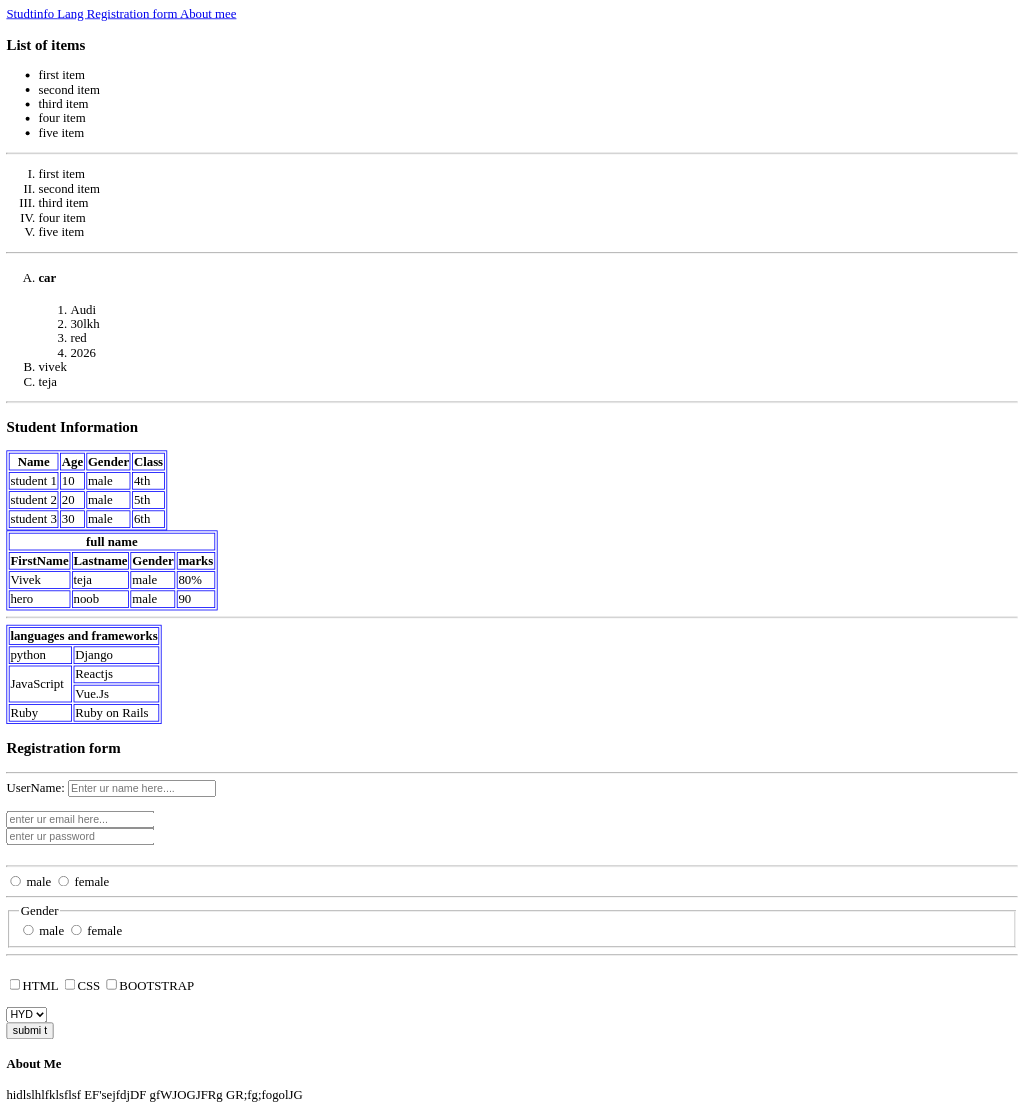
Repository: viveknaidu007/repo-166-Full-Stack-Development-Learning-Notes-Innomatics-2024
Page: module_1-html,css,bootstrap/spet_20_2024/index.html
These files come from the project's save history. The page is drawn as it stood at one moment and after the next save; the edit follows.
The browser window is 1280 px wide. The pictures show the whole page, at 80% of full size.

Above is the page before, as saved 2024-09-21 23:14:40.

After the next save:
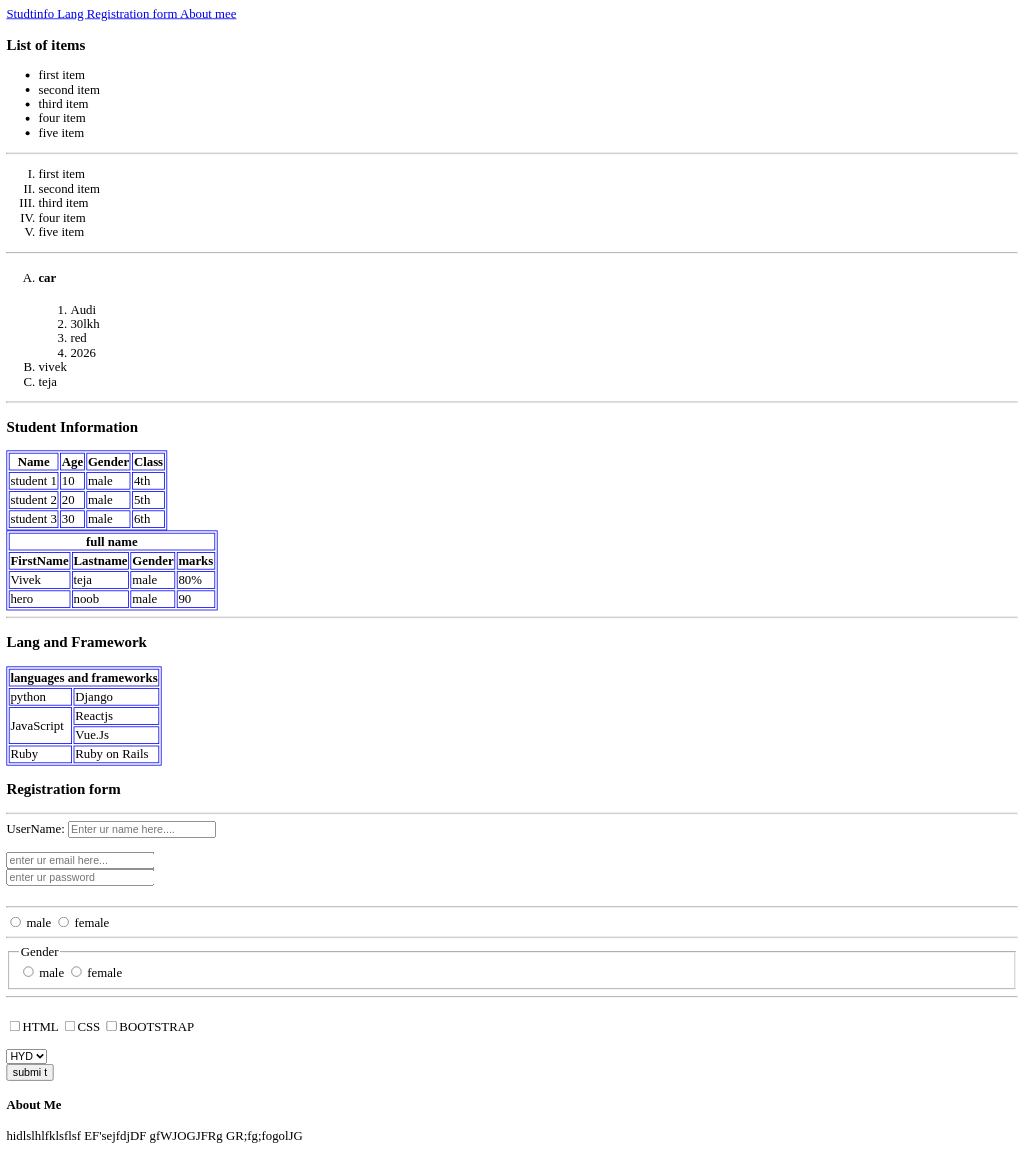
Saved 8 min 0 s later.
--- a/module_1-html,css,bootstrap/spet_20_2024/index.html
+++ b/module_1-html,css,bootstrap/spet_20_2024/index.html
@@ -112,6 +112,7 @@
 
     </table>
     <hr>
+    <h3 id="Lang"> Lang and Framework </h3>
     <table>
         <tr>
             <th colspan="2"> languages and frameworks </th>
